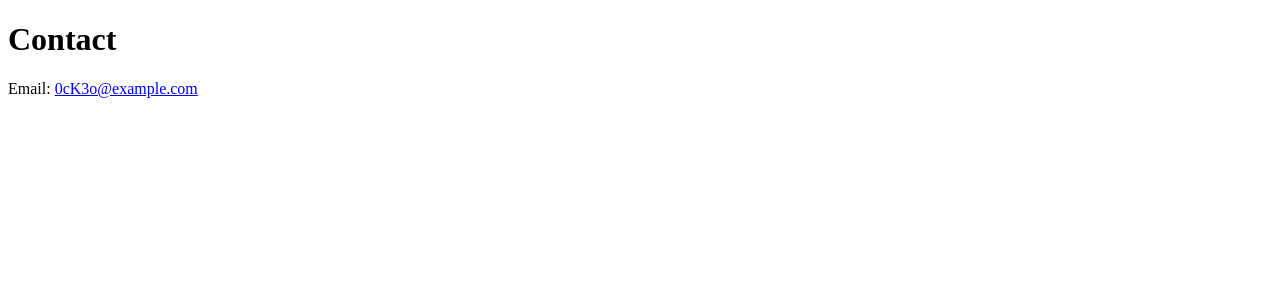
Repository: haiqalfawaz/Kelompok-3-Assignment-day-23
Page: contact.html
These files come from the project's save history. The page is drawn as it stood at one moment and after the next save; the edit follows.
The browser window is 1280 px wide. The pictures show the whole page.

Above is the page before, as saved 2024-11-19 11:58:18.

### contact.html
<!DOCTYPE html>
<html lang="en">
  <head>
    <meta charset="UTF-8" />
    <meta name="viewport" content="width=device-width, initial-scale=1.0" />
    <title>Document</title>
  </head>
  <body>
    <h1>Contact</h1>
    <p>Email: <a href="mailto:0cK3o@example.com">0cK3o@example.com</a></p>
  </body>
</html>

After the next save:
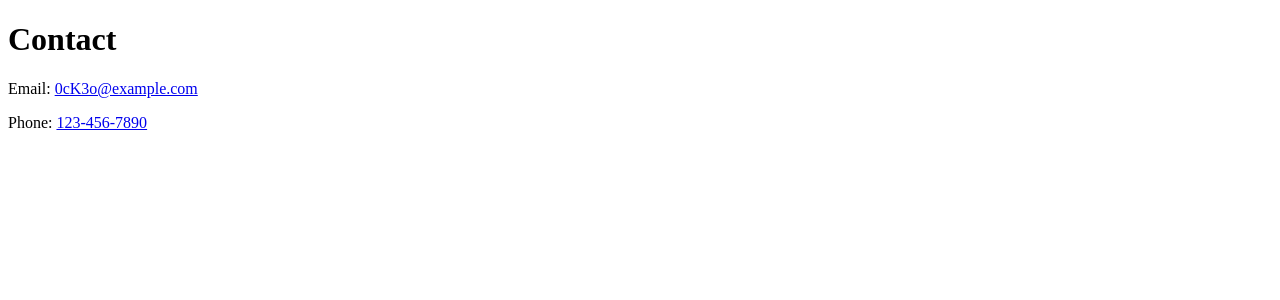
Saved 2 min 33 s later.
--- a/contact.html
+++ b/contact.html
@@ -8,5 +8,6 @@
   <body>
     <h1>Contact</h1>
     <p>Email: <a href="mailto:0cK3o@example.com">0cK3o@example.com</a></p>
+    <p>Phone: <a href="tel:+1234567890">123-456-7890</a></p>
   </body>
 </html>
